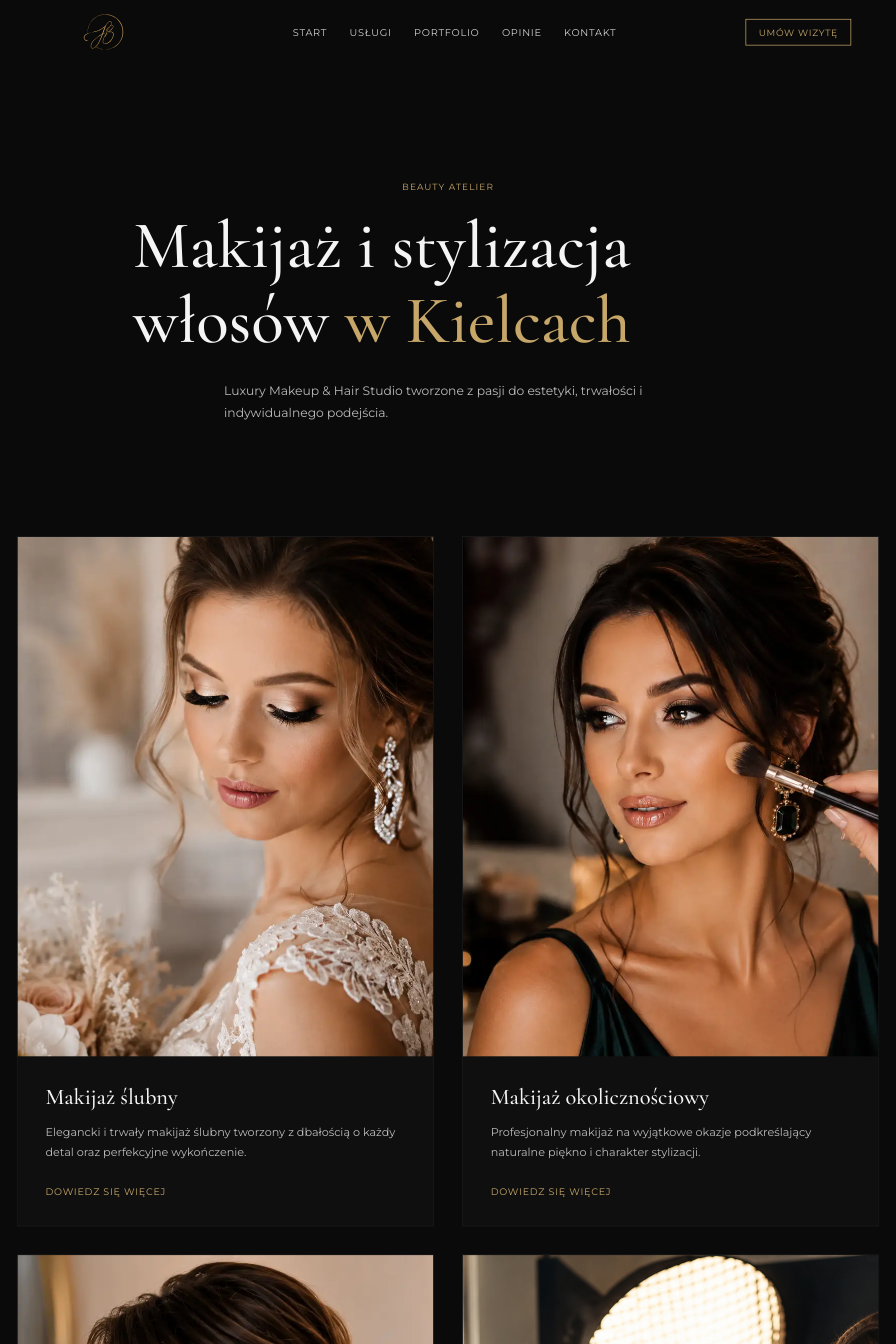
Repository: justynabrzezinskaatelier-bot/justynabrzezinska
Page: /uslugi
The author's editor kept a copy of each file at every save. The page is drawn from the files as they stood at one save, then again after the next save.
The browser window is 1280 px wide. The pictures show the part of the page from y = 0 to 1920 px (the page is 4561 px tall), at 70% of full size.
The project was rebuilt for these pictures with package versions that can differ from the ones it lists, and the page was loaded fresh each time. The framework's server and built-in components were replaced by stand-ins that run in the browser. Also part of the build but not shown: next.config.ts.

Above is the page before, as saved 2026-05-09 16:00:51.

After the next save:
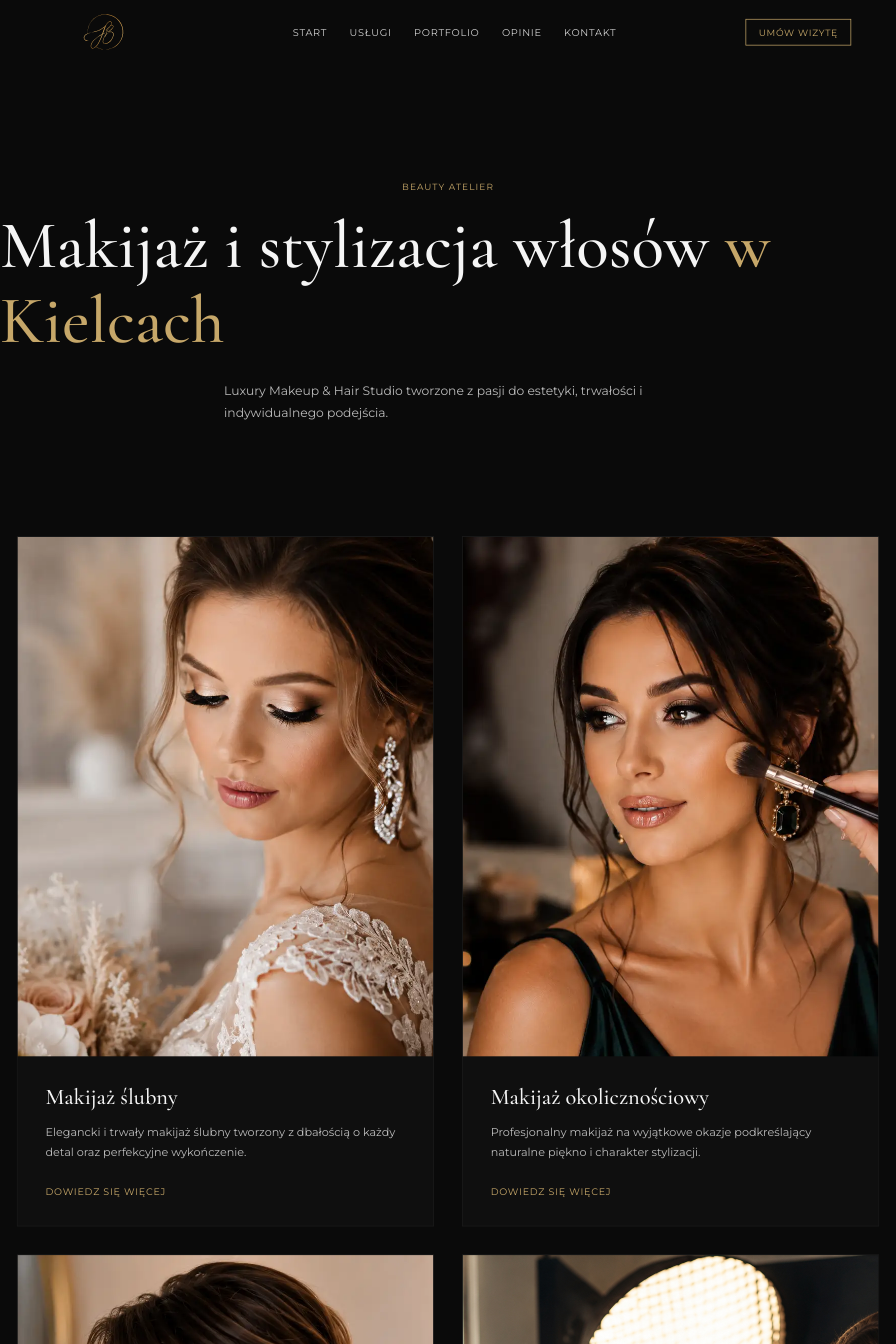
Saved 32 s later.
--- a/src/sections/ServicesPage/ServicesPage.module.css
+++ b/src/sections/ServicesPage/ServicesPage.module.css
@@ -23,7 +23,7 @@
 
 .hero h1 {
     font-size: clamp(3rem, 8vw, 6rem);
-    max-width: 900px;
+    /* max-width: 900px; */
     line-height: 1.1;
 }
 

After the save that followed:
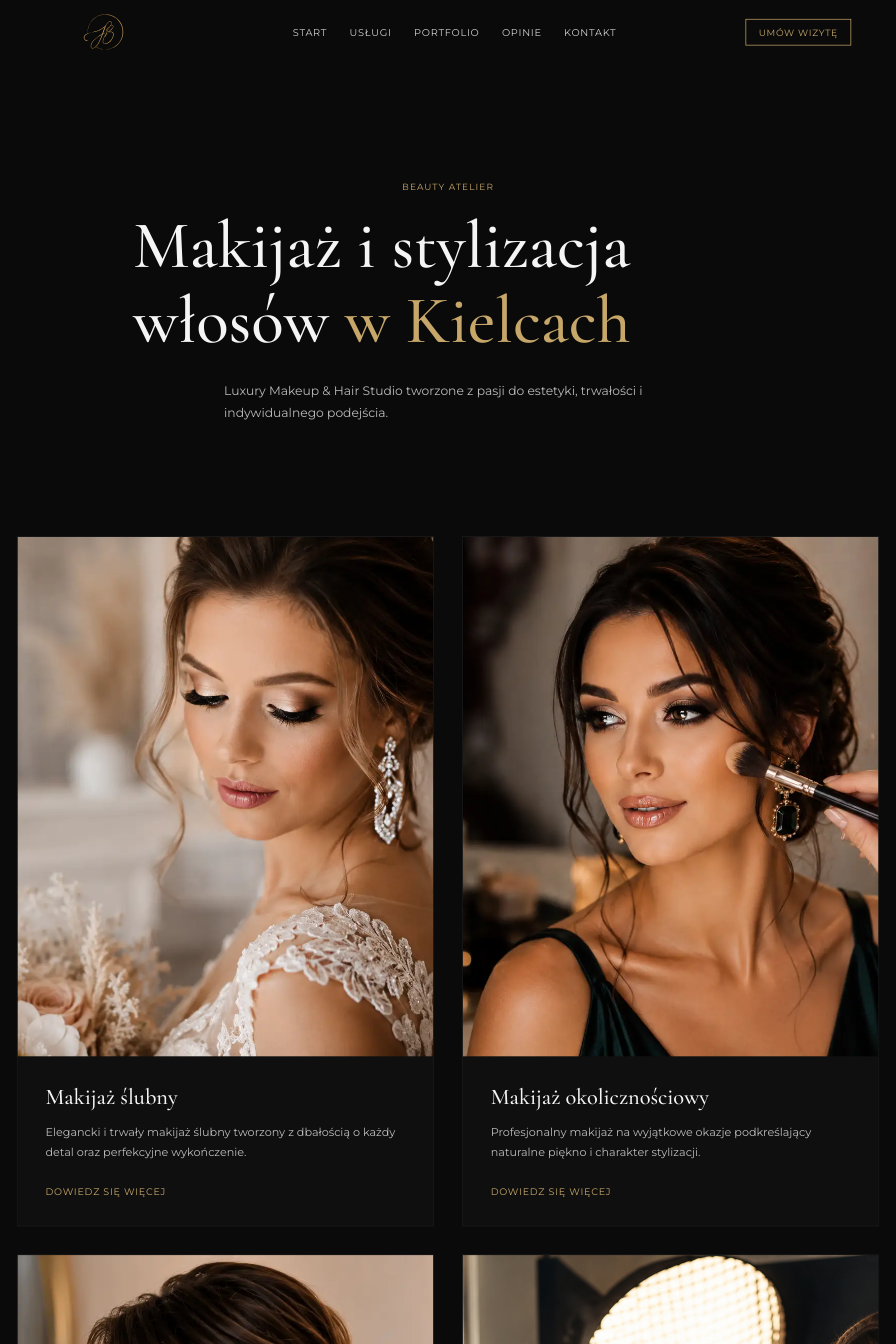
Saved 5 s later.
--- a/src/sections/ServicesPage/ServicesPage.module.css
+++ b/src/sections/ServicesPage/ServicesPage.module.css
@@ -23,7 +23,7 @@
 
 .hero h1 {
     font-size: clamp(3rem, 8vw, 6rem);
-    /* max-width: 900px; */
+    max-width: 900px;
     line-height: 1.1;
 }
 
